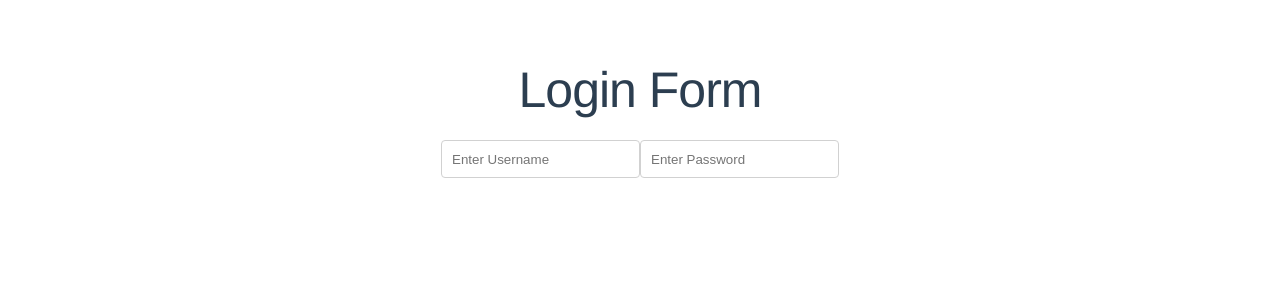
Repository: chsvk/Vue-JS-Course
Page: /
An editor plug-in stored every save of this project. The page is shown before and after the next save, followed by the edit.
The browser window is 1280 px wide. The pictures show the whole page.
The project was rebuilt for these pictures with package versions that can differ from the ones it lists, and the page was loaded fresh each time. Also part of the build but not shown: src/components/Register.vue.

Above is the page before, as saved 2019-03-12 20:05:49.

After the next save:
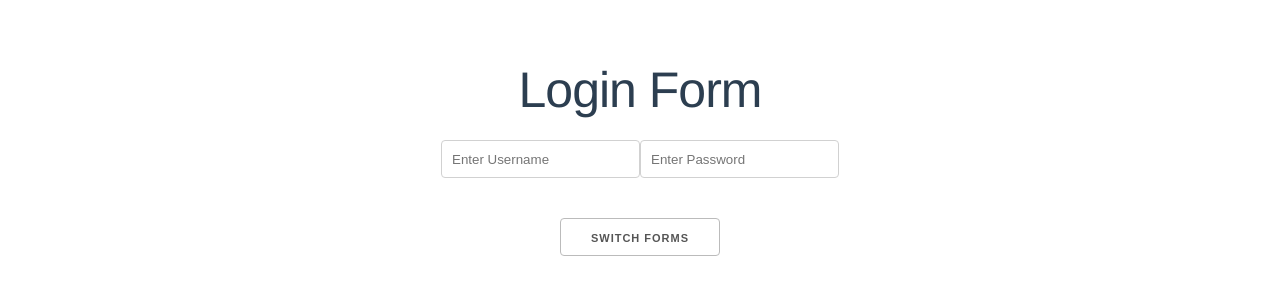
Saved 53 s later.
--- a/src/App.vue
+++ b/src/App.vue
@@ -2,6 +2,7 @@
   <div id="app">
     <Login v-if="showLogin"/>
     <Register v-else/>
+    <button @click="switchForms()">Switch Forms</button>
   </div>
 </template>
 
@@ -18,6 +19,11 @@ export default {
     return{
       showLogin: true
     }
+  },
+  methods: {
+    switchForms(){
+      this.showLogin = !this.showLogin
+    }
   }
 }
 </script>
